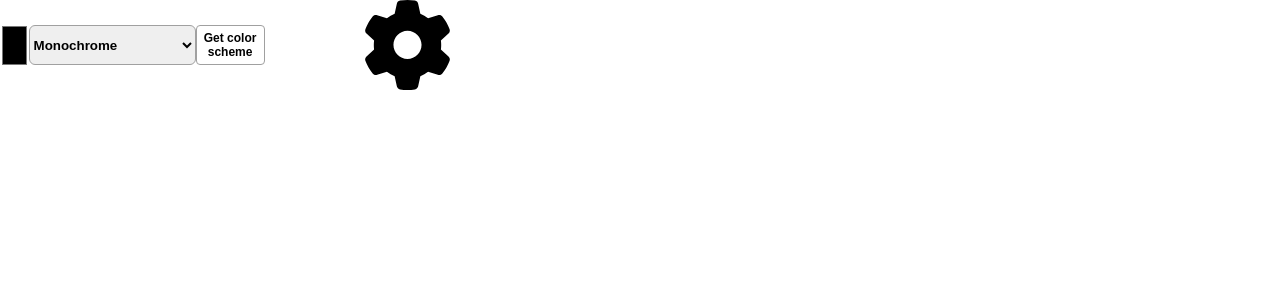
Repository: RadziSzop/colorPicker
Page: index.html
The author's editor kept a copy of each file at every save. The page is drawn from the files as they stood at one save, then again after the next save.
The browser window is 1280 px wide. The pictures show the whole page.

Above is the page before, as saved 2022-03-04 22:46:41.
Console error: TypeError: Cannot read properties of null (reading 'addEventListener')

After the next save:
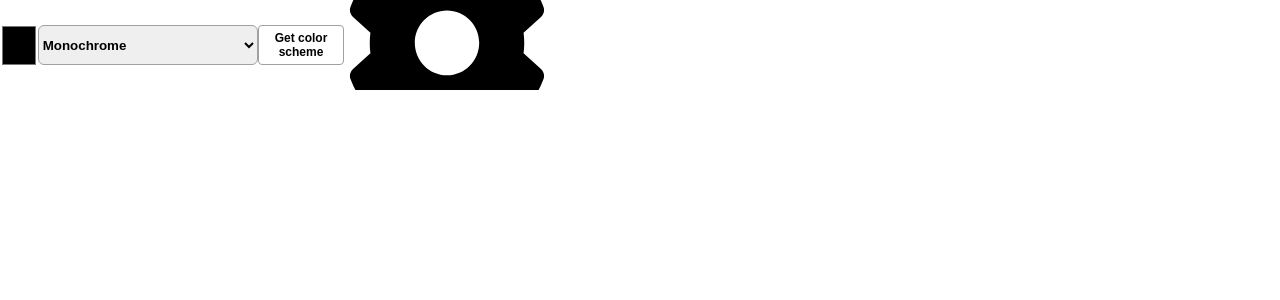
Saved 30 s later.
--- a/index.html
+++ b/index.html
@@ -29,7 +29,9 @@
         </select>
         <button id="submit-button">Get color scheme</button>
         <!-- <button id="settings-button">Settings</button> -->
-        <img src="images/gear-solid.svg" alt="" />
+        <div class="gear">
+          <img src="images/gear-solid.svg" alt="" />
+        </div>
       </div>
       <div class="colors">
         <div class="colorBox" id="color1"></div>
